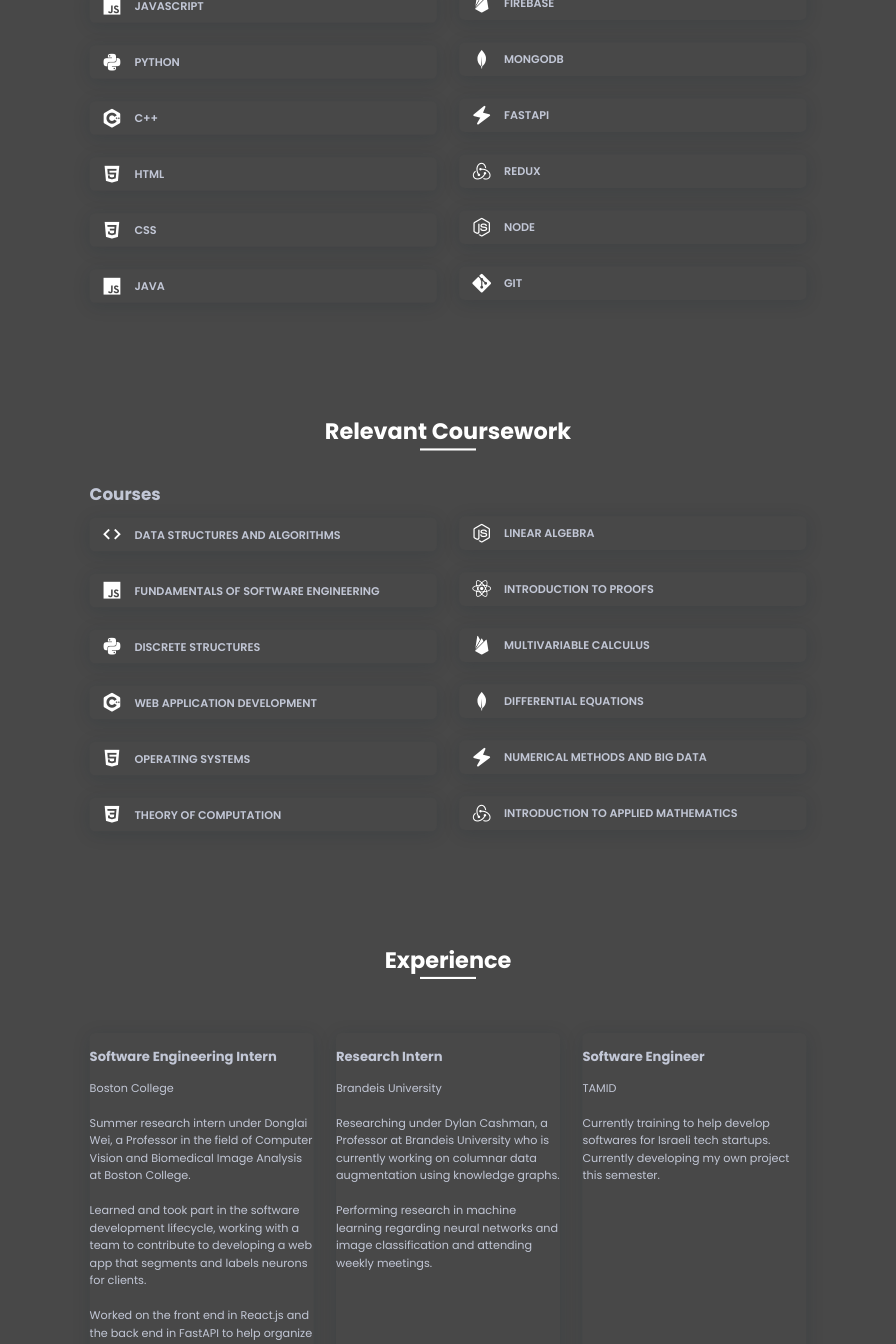
Repository: joshliu14/joshliu14.github.io
Page: index.html
An editor plug-in stored every save of this project. The page is shown before and after the next save, followed by the edit.
The browser window is 1280 px wide. The pictures show the part of the page from y = 1652 to 3572 px (the page is 5490 px tall), at 70% of full size.

Above is the page before, as saved 2024-02-01 01:43:42.

### index.html
<!DOCTYPE html>
<html lang="en">
  <head>
    <meta charset="UTF-8" />
    <meta name="viewport" content="width=device-width, initial-scale=1.0" />

    <link rel="stylesheet" href="assets/css/web.css" />

    <!-- =====BOX ICONS===== -->
    <link
      href="https://unpkg.com/boxicons@2.1.4/css/boxicons.min.css"
      rel="stylesheet"
    />

    <title>Joshua Liu</title>
  </head>
  <body>
    <!--===== HEADER =====-->
    <header class="l-header">
      <nav class="nav bd-grid">
        <div>
          <a href="#" class="nav__logo">Joshua Liu</a>
        </div>

        <div class="nav__menu" id="nav-menu">
          <ul class="nav__list">
            <li class="nav__item">
              <a href="#home" class="nav__link active-link">Home</a>
            </li>
            <li class="nav__item">
              <a href="#about" class="nav__link">About</a>
            </li>
            <li class="nav__item">
              <a href="#skills" class="nav__link">Skills</a>
            </li>
            <li class="nav__item">
              <a href="#coursework" class="nav__link">Coursework</a>
            </li>
            <li class="nav__item">
              <a href="#work" class="nav__link">Experience</a>
            </li>
            <li class="nav__item">
              <a href="#projects" class="nav__link">Projects</a>
            </li>
            <li class="nav__item">
              <a href="#contact" class="nav__link">Info</a>
            </li>
          </ul>
        </div>

        <div class="nav__toggle" id="nav-toggle">
          <i class="bx bx-menu"></i>
        </div>
      </nav>
    </header>

    <main class="l-main">
      <!--===== HOME =====-->
      <section class="home bd-grid" id="home">
        <div class="home__data">
          <h1 class="home__title">
            Hi,<br />I'm <span class="home__title-color">Josh</span><br />
          </h1>

          <a href="resume.pdf" class="button">Resume</a>
        </div>

        <div class="home__social">
          <a
            href="https://www.linkedin.com/in/joshua-liu-727847208/"
            class="home__social-icon"
            ><i class="bx bxl-linkedin"></i
          ></a>
          <a href="https://github.com/joshliu14" class="home__social-icon"
            ><i class="bx bxl-github"></i
          ></a>
        </div>

        <div class="home__img">
          <svg
            class="home__blob"
            viewBox="0 0 479 467"
            xmlns="http://www.w3.org/2000/svg"
            xmlns:xlink="http://www.w3.org/1999/xlink"
          >
            <mask id="mask0" mask-type="alpha">
              <path
                d="M9.19024 145.964C34.0253 76.5814 114.865 54.7299 184.111 29.4823C245.804 6.98884 311.86 -14.9503 370.735 14.143C431.207 44.026 467.948 107.508 477.191 174.311C485.897 237.229 454.931 294.377 416.506 344.954C373.74 401.245 326.068 462.801 255.442 466.189C179.416 469.835 111.552 422.137 65.1576 361.805C17.4835 299.81 -17.1617 219.583 9.19024 145.964Z"
              />
            </mask>
            <g mask="url(#mask0)">
              <path
                d="M9.19024 145.964C34.0253 76.5814 114.865 54.7299 184.111 29.4823C245.804 6.98884 311.86 -14.9503 370.735 14.143C431.207 44.026 467.948 107.508 477.191 174.311C485.897 237.229 454.931 294.377 416.506 344.954C373.74 401.245 326.068 462.801 255.442 466.189C179.416 469.835 111.552 422.137 65.1576 361.805C17.4835 299.81 -17.1617 219.583 9.19024 145.964Z"
              />
              <image
                class="home__blob-img"
                x="30"
                y="65"
                href="assets/img/profile.png"
              />
            </g>
          </svg>
        </div>
      </section>

      <!--===== ABOUT =====-->
      <section class="about section" id="about">
        <h2 class="section-title">About</h2>

        <div class="about__container bd-grid">
          <div class="about__img">
            <img src="assets/img/about.png" alt="" />
          </div>

          <div>
            <h2 class="about__subtitle">I'm Josh</h2>
            <p class="about__text">
              I am currently a sophomore at Brandeis University pursuing a
              degree in Computer Science and Applied Mathematics. I am eager to
              contribute my programming skills to real-world scenarios, and I am
              actively seeking software engineering internship opportunities. My
              goal is to enhance my knowledge, apply theoretical concepts in
              practical settings, and contribute meaningfully to innovative
              projects.
            </p>
          </div>
        </div>
      </section>

      <!--===== SKILLS =====-->
      <section class="skills section" id="skills">
        <h2 class="section-title">Skills</h2>

        <div class="skills__container bd-grid">
          <div>
            <h2 class="skills__subtitle">Programming/Framework/Software Skills</h2>
            <p class="skills__text">
                I have experience with the following programming languages and
                frameworks. I am also familiar with software such as Git and
                Firebase. I am always eager to learn new technologies, languages,
                and frameworks to expand my skillset.
            </p>
            <div class="skills__data">
              <div class="skills__names">
                <i class="bx bxl-java skills__icon"></i>
                <span class="skills__name">JAVA</span>
              </div>
            </div>
            <div class="skills__data">
              <div class="skills__names">
                <i class="bx bxl-javascript skills__icon"></i>
                <span class="skills__name">JAVASCRIPT</span>
              </div>
            </div>
            <div class="skills__data">
              <div class="skills__names">
                <i class="bx bxl-python skills__icon"></i>
                <span class="skills__name">PYTHON</span>
              </div>
            </div>
            <div class="skills__data">
              <div class="skills__names">
                <i class="bx bxl-c-plus-plus skills__icon"></i>
                <span class="skills__name">C++</span>
              </div>
            </div>
            <div class="skills__data">
              <div class="skills__names">
                <i class="bx bxl-html5 skills__icon"></i>
                <span class="skills__name">HTML</span>
              </div>
            </div>
            <div class="skills__data">
              <div class="skills__names">
                <i class="bx bxl-css3 skills__icon"></i>
                <span class="skills__name">CSS</span>
              </div>
            </div>
            <div class="skills__data">
              <div class="skills__names">
                <i class="bx bxl-javascript skills__icon"></i>
                <span class="skills__name">JAVA</span>
              </div>
            </div>
          </div>
          <div class="skills__column2">
            <div class="skills__data">
              <div class="skills__names">
                <i class="bx bxl-react skills__icon"></i>
                <span class="skills__name">REACT.JS</span>
              </div>
            </div>
            <div class="skills__data">
              <div class="skills__names">
                <i class="bx bxl-firebase skills__icon"></i>
                <span class="skills__name">FIREBASE</span>
              </div>
            </div>
            <div class="skills__data">
              <div class="skills__names">
                <i class="bx bxl-mongodb skills__icon"></i>
                <span class="skills__name">MONGODB</span>
              </div>
            </div>
            <div class="skills__data">
              <div class="skills__names">
                <i class="bx bxs-zap skills__icon"></i>
                <span class="skills__name">FASTAPI</span>
              </div>
            </div>
            <div class="skills__data">
              <div class="skills__names">
                <i class="bx bxl-redux skills__icon"></i>
                <span class="skills__name">REDUX</span>
              </div>
            </div>
            <div class="skills__data">
              <div class="skills__names">
                <i class="bx bxl-nodejs skills__icon"></i>
                <span class="skills__name">NODE</span>
              </div>
            </div>
            <div class="skills__data">
              <div class="skills__names">
                <i class="bx bxl-git skills__icon"></i>
                <span class="skills__name">GIT</span>
              </div>
            </div>
          </div>
      </section>

      <!--===== Relevant Coursework =====-->
      <section class="skills section" id="coursework">
        <h2 class="section-title">Relevant Coursework</h2>

        <div class="skills__container bd-grid">
          <div>
            <h2 class="skills__subtitle">Courses</h2>
            <div class="skills__data">
              <div class="skills__names">
                <i class="bx bx-code skills__icon"></i>
                <span class="skills__name">DATA STRUCTURES AND ALGORITHMS</span>
              </div>
            </div>
            <div class="skills__data">
              <div class="skills__names">
                <i class="bx bxl-javascript skills__icon"></i>
                <span class="skills__name">FUNDAMENTALS OF SOFTWARE ENGINEERING</span>
              </div>
            </div>
            <div class="skills__data">
              <div class="skills__names">
                <i class="bx bxl-python skills__icon"></i>
                <span class="skills__name">DISCRETE STRUCTURES</span>
              </div>
            </div>
            <div class="skills__data">
              <div class="skills__names">
                <i class="bx bxl-c-plus-plus skills__icon"></i>
                <span class="skills__name">WEB APPLICATION DEVELOPMENT</span>
              </div>
            </div>
            <div class="skills__data">
              <div class="skills__names">
                <i class="bx bxl-html5 skills__icon"></i>
                <span class="skills__name">OPERATING SYSTEMS</span>
              </div>
            </div>
            <div class="skills__data">
              <div class="skills__names">
                <i class="bx bxl-css3 skills__icon"></i>
                <span class="skills__name">THEORY OF COMPUTATION</span>
              </div>
            </div>
          </div>
          <div class="courses__column2">
             <div class="skills__data">
              <div class="skills__names">
                <i class="bx bxl-nodejs skills__icon"></i>
                <span class="skills__name">LINEAR ALGEBRA</span>
              </div>
            </div>
            <div class="skills__data">
              <div class="skills__names">
                <i class="bx bxl-react skills__icon"></i>
                <span class="skills__name">INTRODUCTION TO PROOFS</span>
              </div>
            </div>
            <div class="skills__data">
              <div class="skills__names">
                <i class="bx bxl-firebase skills__icon"></i>
                <span class="skills__name">MULTIVARIABLE CALCULUS</span>
              </div>
            </div>
            <div class="skills__data">
              <div class="skills__names">
                <i class="bx bxl-mongodb skills__icon"></i>
                <span class="skills__name">DIFFERENTIAL EQUATIONS</span>
              </div>
            </div>
            <div class="skills__data">
              <div class="skills__names">
                <i class="bx bxs-zap skills__icon"></i>
                <span class="skills__name">NUMERICAL METHODS AND BIG DATA</span>
              </div>
            </div>
            <div class="skills__data">
              <div class="skills__names">
                <i class="bx bxl-redux skills__icon"></i>
                <span class="skills__name">INTRODUCTION TO APPLIED MATHEMATICS</span>
              </div>
            </div>
          </div>
      </section>

      <!--===== Experience =====-->
      <section class="work section" id="work">
        <h2 class="section-title">Experience</h2>

        <div class="work__container bd-grid">
                <div class="work__img">
                <h3 class="work__title">Software Engineering Intern</h3>
                <span class="work__subtitle">Boston College</span>
                <p class="work__description">
                    <br />
                    Summer research intern under Donglai Wei, a Professor in the field of Computer
                    Vision and Biomedical Image Analysis at Boston College.
                    <br />
                    <br />
                    Learned and took part in the software development lifecycle, working with a team to
                    contribute to developing a web app that segments and labels neurons for clients.
                    <br />
                    <br />
                    Worked on the front end in React.js and the back end in FastAPI to help organize high-resolution images
                    and labels of neurons by (labeling and tagging files) creating a way for clients to rename files and revert them.
                    <br />
                    <br />
                    Developed a capability in React.js that allowed users to run multiple visualization tabs. Required updates
                    to the FastAPI backend and figuring out how to modify it to run different instances of neuroglancer simultaneously.
                </p>
                </div>
                <div class="work__img">
                <h3 class="work__title">Research Intern</h3>
                <span class="work__subtitle">Brandeis University</span>
                <p class="work__description">
                    <br />
                    Researching under Dylan Cashman, a Professor at Brandeis University who is currently working on
                    columnar data augmentation using knowledge graphs.
                    <br />
                    <br />
                    Performing research in machine learning regarding neural networks and image classification and attending weekly meetings.
                </p>
                </div>
                <div class="work__img">
                <h3 class="work__title">Software Engineer</h3>
                <span class="work__subtitle">TAMID</span>
                <p class="work__description">
                    <br />
                     Currently training to help develop softwares for
                    Israeli tech startups. Currently developing my own project
                    this semester.
                </p>
                </div>
        </div>
      </section>

       <!--===== Personal Projects =====-->
      <section class="work section" id="projects">
        <h2 class="section-title">Personal Projects</h2>

        <div class="work__container bd-grid">
                <div class="work__img">
                <h3 class="work__title">Brandeis Stdent Alumni Association</h3>
                <span class="work__subtitle">Web Project</span>
                <p class="work__description">
                    <br />
                    Created a mock Brandeis Student Alumni Association website
                    using Express.js and MongoDB.
                    <br />
                    <br />
                    Fully functioning website utilizing the
                    database for storing upcoming events, user authentication, permissions,
                    and a chat feature through socket.io.
                </p>
                </div>
                <div class="work__img">
                <h3 class="work__title">Travel Mug</h3>
                <span class="work__subtitle">Web Project</span>
                <p class="work__description">
                    <br />
                    Lead software engineer for Travel Mug website using Firebase and React.js.
                    <br />
                    <br />
                    Utilized React-Redux, React-Redux-Firebase
                    and more to aloow communication between from and back end.
                    <br />
                    <br />
                    Features include user authentication and personalized preferences.
                    Ability to filter for different cafes based on roast, items sold, location and more.
                </p>
                </div>
                <div class="work__img">
                <h3 class="work__title">Comment Linter</h3>
                <span class="work__subtitle">AI Project</span>
                <p class="work__description">
                    <br />
                    Working to build an AI software that can detect outdated
                    or misleading comments in software code to help developers
                    maintain readability of code, prevent confusion and increase
                    productivity.
                </p>
                </div>
        </div>
      </section>

      <!--===== INFO =====-->
      <section class="contact section" id="contact">
        <h2 class="section-title">Info</h2>
        <p class="contact__input">Joshua Liu</p>
        <p class="contact__input">joshualiu@brandeis.edu</p>
        <p class="contact__input">949-551-8585</p>
        <p class="contact__input">Brandeis University</p>
        <p class="contact__input">415 South Street Waltham, MA</p>
      </section>
    </main>

    <!--===== FOOTER =====-->
    <footer class="footer">
      <p class="footer__title">Josh Liu</p>
      <div class="footer__social">
        <a href="https://www.facebook.com/josh.liu.9847" class="footer__icon"
          ><i class="bx bxl-facebook"></i
        ></a>
        <a href="https://www.instagram.com/joshliu_" class="footer__icon"
          ><i class="bx bxl-instagram"></i
        ></a>
        <a href="https://twitter.com/jahliu" class="footer__icon"
          ><i class="bx bxl-twitter"></i
        ></a>
      </div>
      <p class="footer__copy">&#169; Joshua Liu</p>
    </footer>

    <!--===== SCROLL REVEAL =====-->
    <script src="https://unpkg.com/scrollreveal"></script>

    <!--===== MAIN JS =====-->
    <script src="assets/js/main.js"></script>
  </body>
</html>

Loaded but not shown: assets/js/main.js (61 lines, source omitted); assets/css/web.css (479 lines, source omitted)

After the next save:
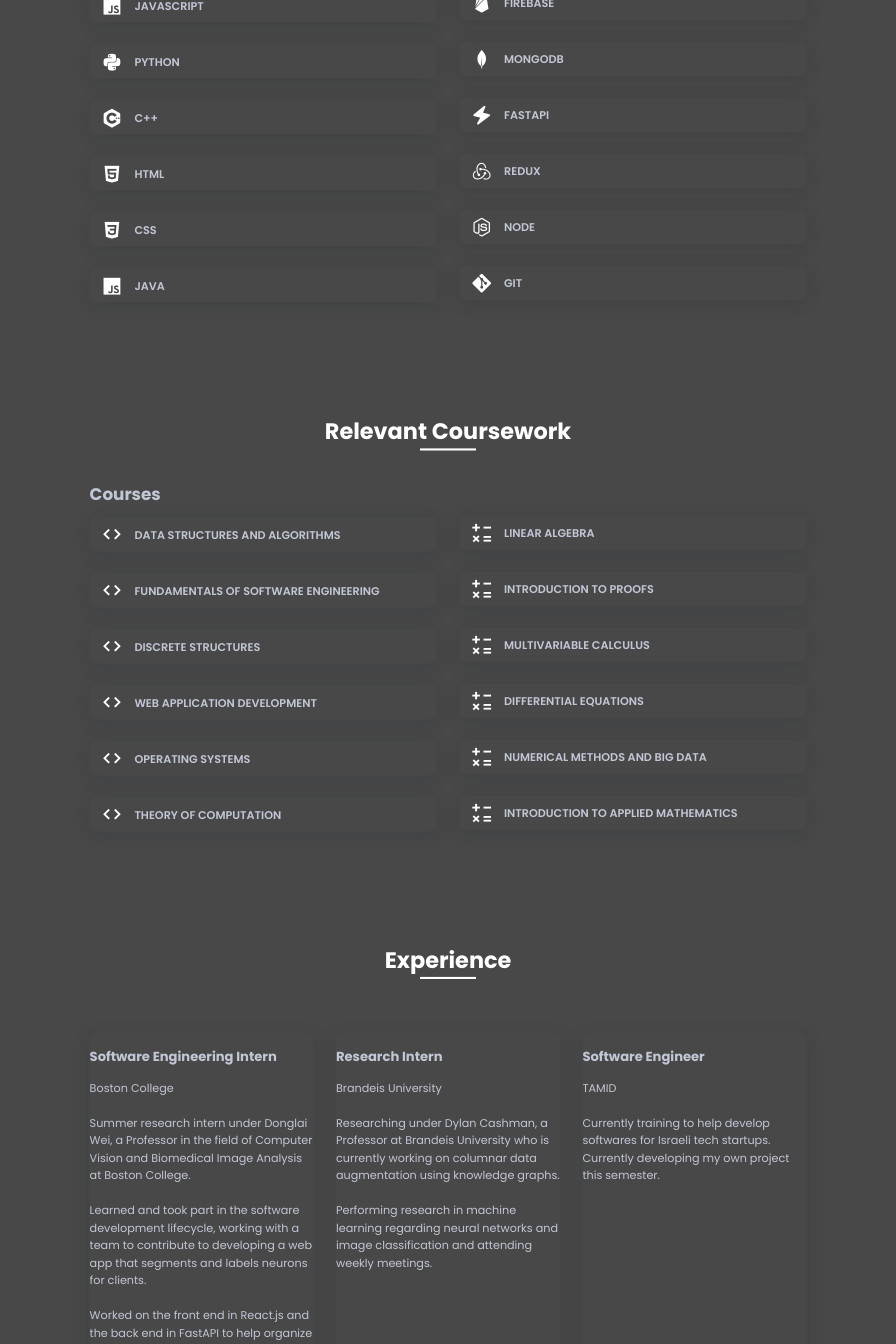
Saved 77 s later.
--- a/index.html
+++ b/index.html
@@ -244,31 +244,31 @@
             </div>
             <div class="skills__data">
               <div class="skills__names">
-                <i class="bx bxl-javascript skills__icon"></i>
+                <i class="bx bx-code skills__icon"></i>
                 <span class="skills__name">FUNDAMENTALS OF SOFTWARE ENGINEERING</span>
               </div>
             </div>
             <div class="skills__data">
               <div class="skills__names">
-                <i class="bx bxl-python skills__icon"></i>
+                <i class="bx bx-code skills__icon"></i>
                 <span class="skills__name">DISCRETE STRUCTURES</span>
               </div>
             </div>
             <div class="skills__data">
               <div class="skills__names">
-                <i class="bx bxl-c-plus-plus skills__icon"></i>
+                <i class="bx bx-code skills__icon"></i>
                 <span class="skills__name">WEB APPLICATION DEVELOPMENT</span>
               </div>
             </div>
             <div class="skills__data">
               <div class="skills__names">
-                <i class="bx bxl-html5 skills__icon"></i>
+                <i class="bx bx-code skills__icon"></i>
                 <span class="skills__name">OPERATING SYSTEMS</span>
               </div>
             </div>
             <div class="skills__data">
               <div class="skills__names">
-                <i class="bx bxl-css3 skills__icon"></i>
+                <i class="bx bx-code skills__icon"></i>
                 <span class="skills__name">THEORY OF COMPUTATION</span>
               </div>
             </div>
@@ -276,37 +276,37 @@
           <div class="courses__column2">
              <div class="skills__data">
               <div class="skills__names">
-                <i class="bx bxl-nodejs skills__icon"></i>
+                <i class="bx bx-math skills__icon"></i>
                 <span class="skills__name">LINEAR ALGEBRA</span>
               </div>
             </div>
             <div class="skills__data">
               <div class="skills__names">
-                <i class="bx bxl-react skills__icon"></i>
+                <i class="bx bx-math skills__icon"></i>
                 <span class="skills__name">INTRODUCTION TO PROOFS</span>
               </div>
             </div>
             <div class="skills__data">
               <div class="skills__names">
-                <i class="bx bxl-firebase skills__icon"></i>
+                <i class="bx bx-math skills__icon"></i>
                 <span class="skills__name">MULTIVARIABLE CALCULUS</span>
               </div>
             </div>
             <div class="skills__data">
               <div class="skills__names">
-                <i class="bx bxl-mongodb skills__icon"></i>
+                <i class="bx bx-math skills__icon"></i>
                 <span class="skills__name">DIFFERENTIAL EQUATIONS</span>
               </div>
             </div>
             <div class="skills__data">
               <div class="skills__names">
-                <i class="bx bxs-zap skills__icon"></i>
+                <i class="bx bx-math skills__icon"></i>
                 <span class="skills__name">NUMERICAL METHODS AND BIG DATA</span>
               </div>
             </div>
             <div class="skills__data">
               <div class="skills__names">
-                <i class="bx bxl-redux skills__icon"></i>
+                <i class="bx bx-math skills__icon"></i>
                 <span class="skills__name">INTRODUCTION TO APPLIED MATHEMATICS</span>
               </div>
             </div>
